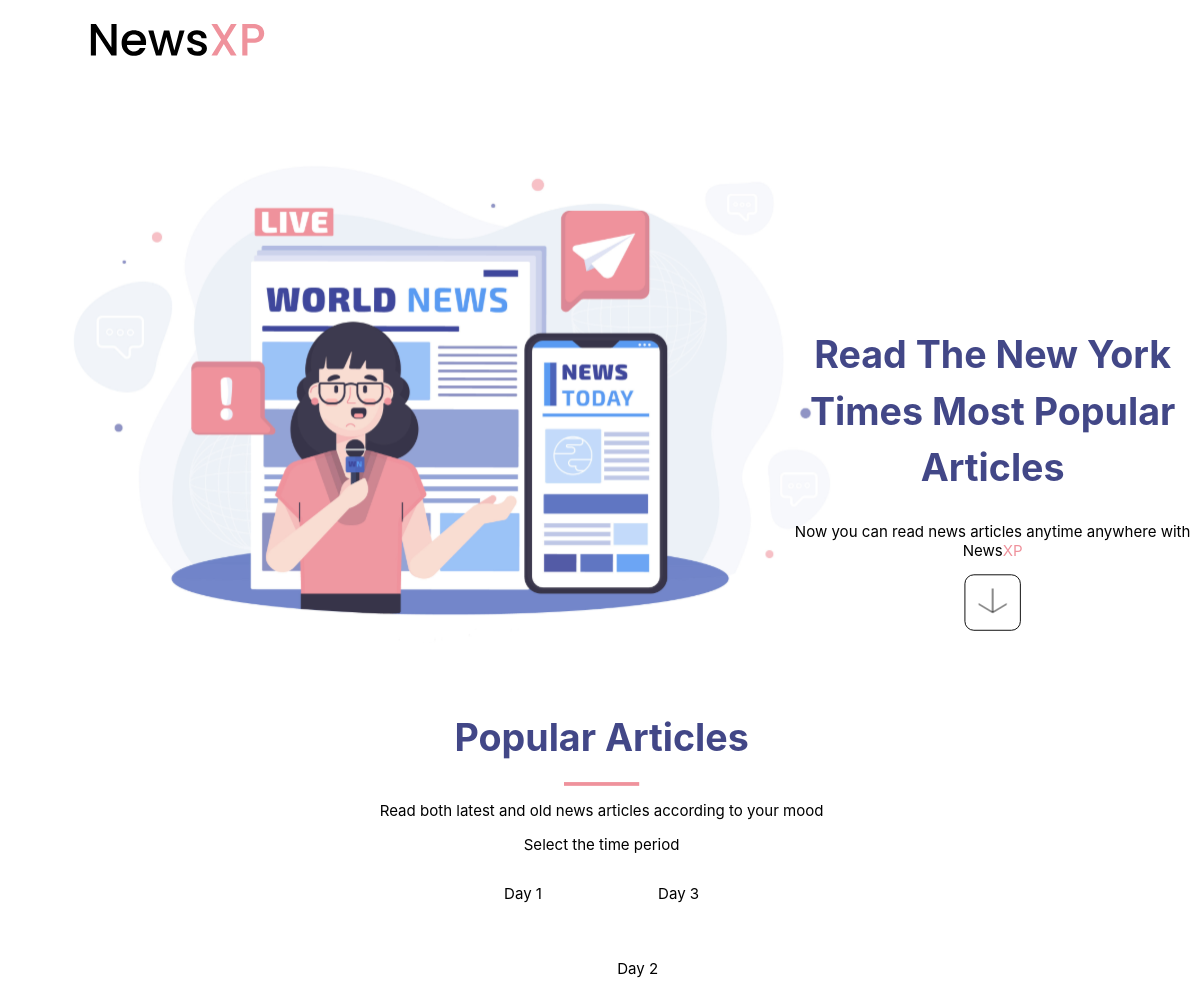
Repository: vishalsinghhh/NewsXP
Page: /
The author's editor kept a copy of each file at every save. The page is drawn from the files as they stood at one save, then again after the next save.
The browser window is 1280 px wide. The pictures show the whole page, at 94% of full size.
The project was rebuilt for these pictures with package versions that can differ from the ones it lists, and the page was loaded fresh each time. Imported but missing from the stored project, and not drawn on this page: src/pages/Error.

Above is the page before, as saved 2021-08-20 11:20:38.

After the next save:
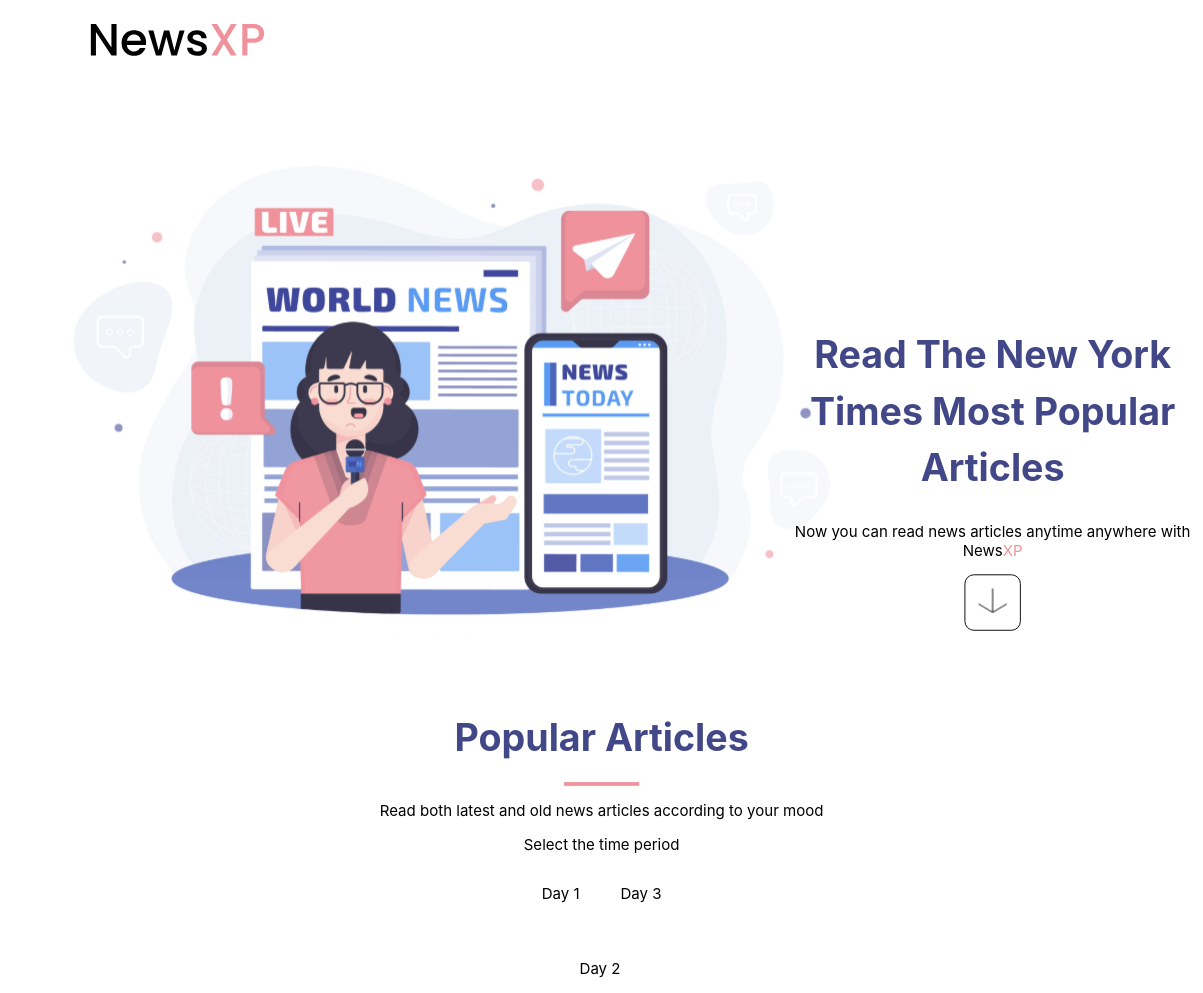
Saved 13 s later.
--- a/src/pages/pages.css
+++ b/src/pages/pages.css
@@ -114,5 +114,5 @@
   text-align: center;
 }
 .day2{
-  padding: 5rem 0rem 0rem 5rem;
+  padding: 5rem 0rem 0rem 0rem;
 }
